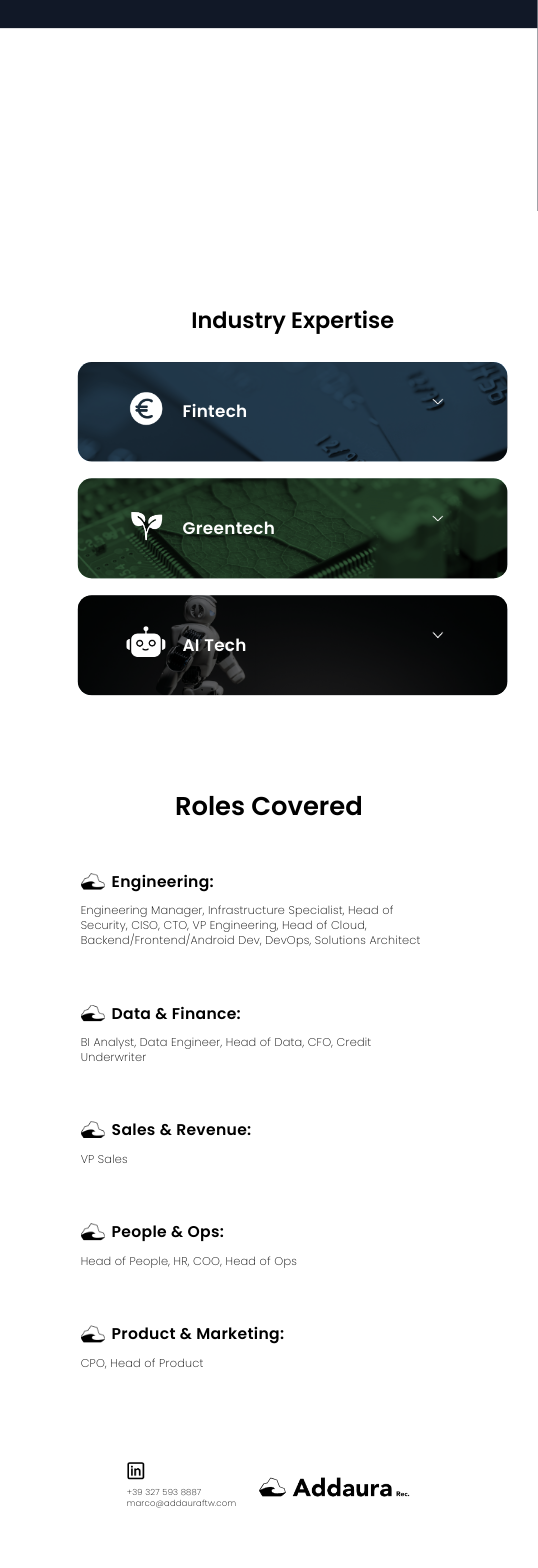
Repository: UnatPannu/Addaura-Trial
Page: public/services.html
These files come from the project's save history. The page is drawn as it stood at one moment and after the next save; the edit follows.
The browser window is 768 px wide. The pictures show the part of the page from y = 2966 to 5206 px (the page is 5206 px tall before and 5129 px after), at 70% of full size.
Backgrounds fixed to the window are drawn as part of the page.

Above is the page before, as saved 2025-09-22 19:21:02.

After the next save:
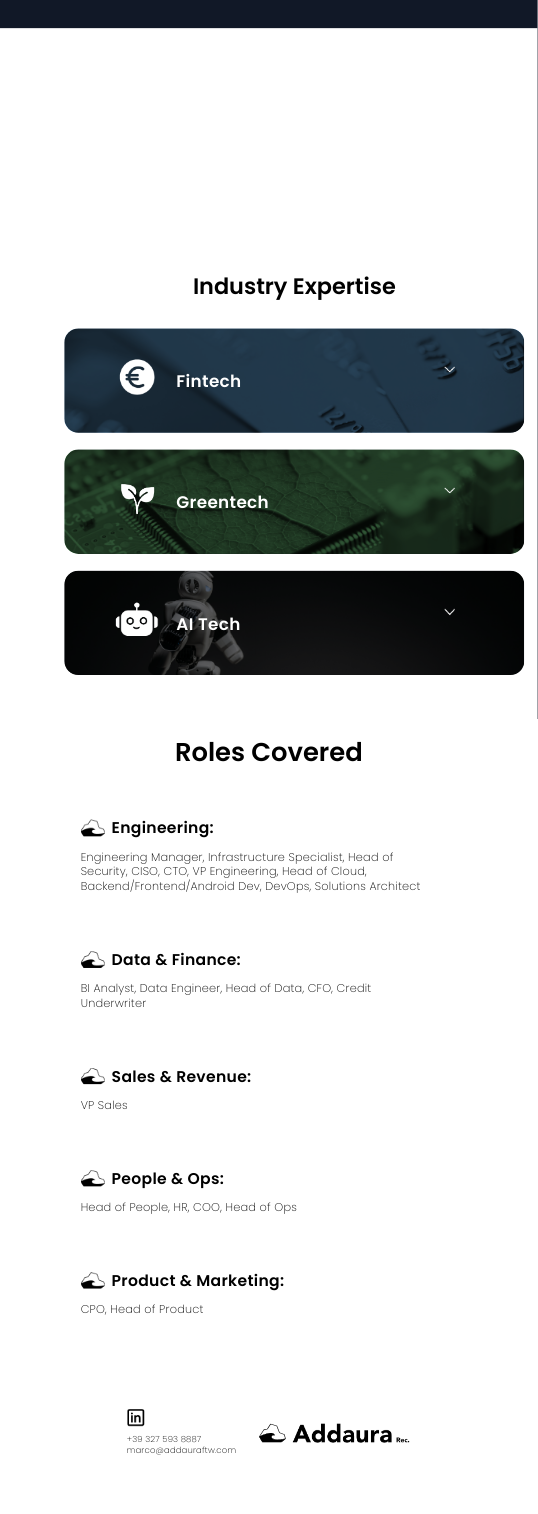
Saved 11 s later.
--- a/public/styles/services.css
+++ b/public/styles/services.css
@@ -459,7 +459,6 @@
   position: relative;
   overflow: hidden;
   height: auto;             /* adjust if 100vh is too tall */
-  padding: 2rem 1rem;       /* optional padding */
 }
 .industry-expertise .section-content{
   width:100%;
